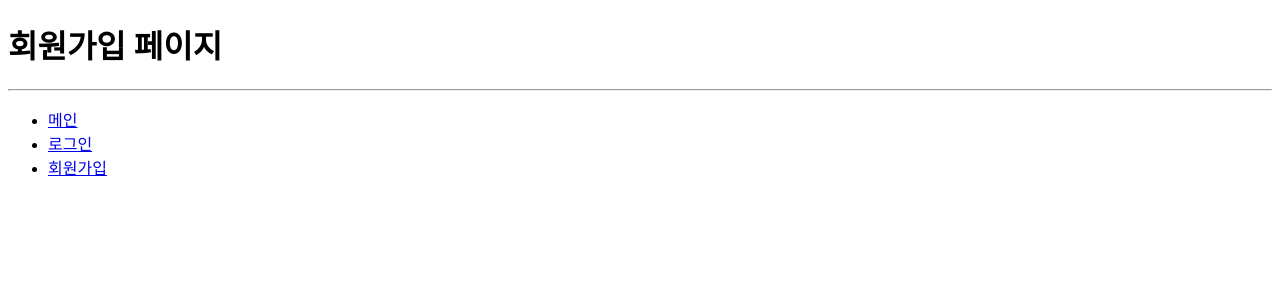
Repository: jaecheol0330/jsp-work
Page: http://localhost/cos/join.jsp
An editor plug-in stored every save of this project. The page is shown before and after the next save, followed by the edit.
The browser window is 1280 px wide. The pictures show the whole page.
The page is served by Tomcat 9. Other server files are loaded and not shown.

Above is the page before, as saved 2020-08-22 02:43:11.

### cos/WebContent/join.jsp
<%@ page language="java" contentType="text/html; charset=UTF-8"
    pageEncoding="UTF-8"%>
<!DOCTYPE html>
<html>
<head>
<meta charset="UTF-8">
<title>Insert title here</title>
</head>
<body>
<h1>회원가입 페이지</h1>
<hr/>
<ul>
	<li><a href="main.jsp">메인</a></li>
	<li><a href="login.jsp">로그인</a></li>
	<li><a href="join.jsp">회원가입</a></li>
</ul>
</body>
</html>

After the next save:
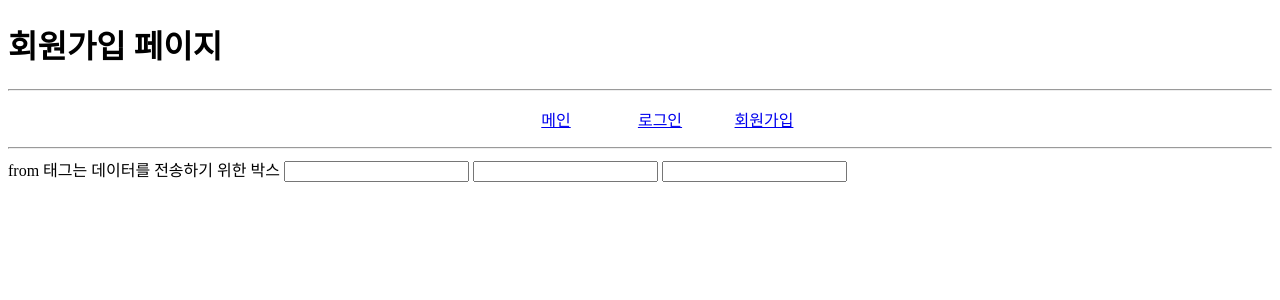
Saved 4 min 47 s later.
--- a/cos/WebContent/join.jsp
+++ b/cos/WebContent/join.jsp
@@ -5,6 +5,15 @@
 <head>
 <meta charset="UTF-8">
 <title>Insert title here</title>
+<style>
+	ul{
+		text-align: center;
+	}
+	li {
+		display: inline-block;
+		width: 100px;
+	}
+</style>
 </head>
 <body>
 <h1>회원가입 페이지</h1>
@@ -14,5 +23,13 @@
 	<li><a href="login.jsp">로그인</a></li>
 	<li><a href="join.jsp">회원가입</a></li>
 </ul>
+<hr/>
+from 태그는 데이터를 전송하기 위한 박스
+<from>
+	<input type="text"name="username"/>
+	<input type="password"name="password""/>
+	<input type="email"name="email"/>
+</from>
+
 </body>
 </html>
